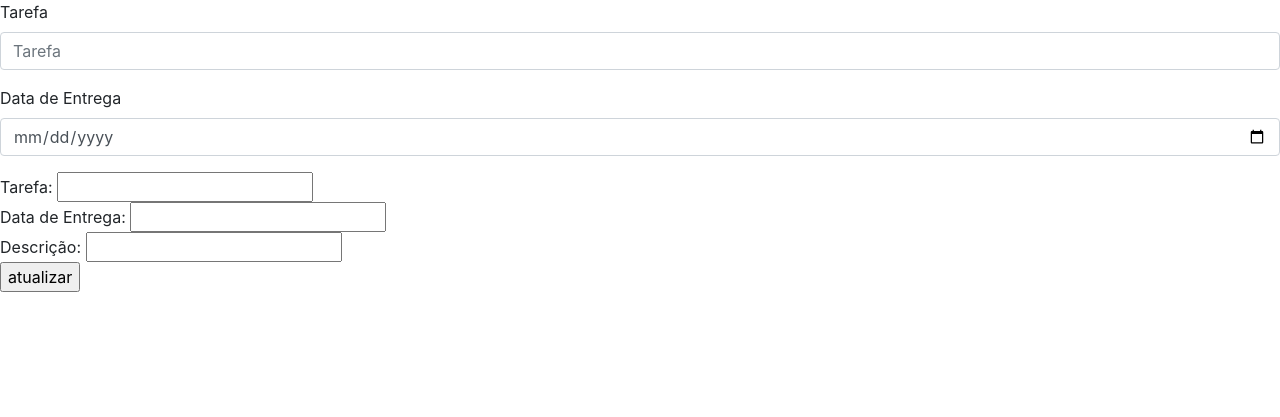
Repository: sophiaks/CRUD
Page: http://localhost/Projeto1/Views/atualiza.jsp
These files come from the project's save history. The page is drawn as it stood at one moment and after the next save; the edit follows.
The browser window is 1280 px wide. The pictures show the whole page.
The page is served by Tomcat 9. Nobody is signed in. The application's start-up code is not run. Other server files are loaded and not shown.

Above is the page before, as saved 2020-09-23 19:33:45.

### WorkspaceP1/Projeto1/WebContent/Views/atualiza.jsp
<%@ page language="java" contentType="text/html; charset=ISO-8859-1"
    pageEncoding="ISO-8859-1"%>
<%@ taglib uri="http://java.sun.com/jsp/jstl/core" prefix="c" %>
<%@ taglib uri="http://java.sun.com/jsp/jstl/fmt" prefix="fmt" %>
<%@ page import="java.util.*,br.edu.insper.*" %>


<!DOCTYPE html>
<html>
<head>
<meta charset="ISO-8859-1">
<title>Editar Tarefa</title>
<link href="<c:url value="/bootstrap/css/bootstrap.css"/>" rel="stylesheet">

</head>
<body>
	<jsp:useBean id="dao" class="br.edu.insper.DAO"/>
	<form action="atualiza" method="post">

	<div class="form-group">
			<label for="nome">Tarefa</label>
			<input type="text" name="nome" class="form-control" placeholder="Tarefa" value='${param.nome}'>
	</div>

	<div class="form-group">
			<label for="nome">Data de Entrega</label>
			<input type="date" name="entrega" class="form-control" placeholder="Data de Entrega" value='${param.entrega}'>
	</div>


		Tarefa: <input type='text' name='nome' value='${param.nome}'><br>
		Data de Entrega: <input type='text' name='entrega' value='${param.entrega}'><br>
		Descrição: <input type='text' name='descricao' value='${param.descricao}'><br>
		<input type='hidden' name='id' value='${param.id}'>
		<input type='submit' value='atualizar'>
	</form>
</body>
</html>

### WorkspaceP1/Projeto1/src/br/edu/insper/model/DAO.java
package br.edu.insper;
import java.sql.Connection;
import java.sql.DriverManager;
import java.sql.PreparedStatement;
import java.sql.ResultSet;
import java.sql.SQLException;
import java.util.ArrayList;
import java.util.List;


public class DAO {
	private Connection connection = null;

	public DAO () throws ClassNotFoundException, SQLException {
		Class.forName("com.mysql.jdbc.Driver");
		connection = DriverManager.getConnection("jdbc:mysql://127.0.0.1:3306/tarefas?serverTimezone=UTC", "root", "^^b^@JVg^x!6");
	}

	public List<Tarefa> getLista() throws SQLException {
		List<Tarefa> tarefas = new ArrayList<Tarefa>();

		PreparedStatement stmt = connection.prepareStatement("SELECT * FROM tarefa;");
		ResultSet rs = stmt.executeQuery();

		while (rs.next()) {
			Tarefa tarefa = new Tarefa();

			tarefa.setId(rs.getInt("id"));
			tarefa.setNome(rs.getString("tarefa"));
			tarefa.setEntrega(rs.getString("data"));
			tarefa.setDescricao(rs.getString("descricao"));
			tarefas.add(tarefa);
			}

		rs.close();
		stmt.close();

		return tarefas;

		}

	public void close() throws SQLException {
		connection.close();
	}

	public void adiciona(Tarefa tarefa) throws SQLException {
		String sql = "INSERT INTO Tarefa" + "(tarefa, data, descricao) VALUES (?,?,?)";
		PreparedStatement stmt = connection.prepareStatement(sql);
		stmt.setString(1, tarefa.getNome());
		stmt.setString(2, tarefa.getEntrega());
		stmt.setString(3, tarefa.getDescricao());
		stmt.execute();
		stmt.close();
	}

	public void atualiza(Tarefa tarefa) throws SQLException {
		String sql = "UPDATE Tarefa SET " + "tarefa=?, data=?, descricao=? WHERE id=?";
		PreparedStatement stmt = connection.prepareStatement(sql);
		stmt.setString(1, tarefa.getNome());
		stmt.setString(2, tarefa.getEntrega());
		stmt.setString(3, tarefa.getDescricao());
		stmt.setInt(4, tarefa.getId());
		stmt.execute();
		stmt.close();
	}

	public void remove(Integer id) throws SQLException {
		PreparedStatement stmt = connection.prepareStatement("DELETE FROM Tarefa WHERE id=?");
		stmt.setInt(1,  id);
		stmt.execute();
		stmt.close();
	}
}

Loaded but not shown: WorkspaceP1/Projeto1/WebContent/bootstrap/css/bootstrap.css (library)

After the next save:
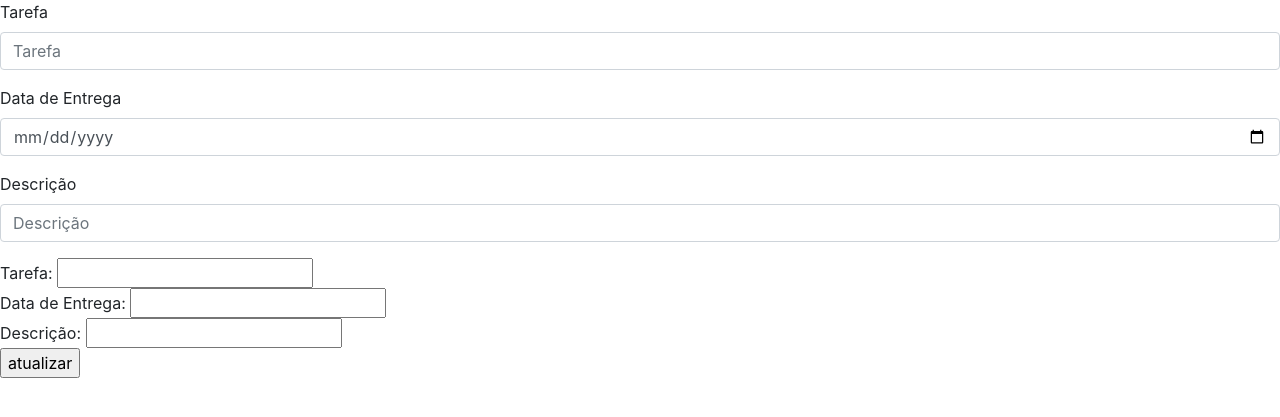
Saved 21 s later.
--- a/WorkspaceP1/Projeto1/WebContent/Views/atualiza.jsp
+++ b/WorkspaceP1/Projeto1/WebContent/Views/atualiza.jsp
@@ -27,6 +27,11 @@
 			<input type="date" name="entrega" class="form-control" placeholder="Data de Entrega" value='${param.entrega}'>
 	</div>
 
+	<div class="form-group">
+		<label for="descricao">Descrição</label>
+		<input type="text" name="descricao" class="form-control" placeholder="Descrição">
+	</div>
+
 
 		Tarefa: <input type='text' name='nome' value='${param.nome}'><br>
 		Data de Entrega: <input type='text' name='entrega' value='${param.entrega}'><br>
